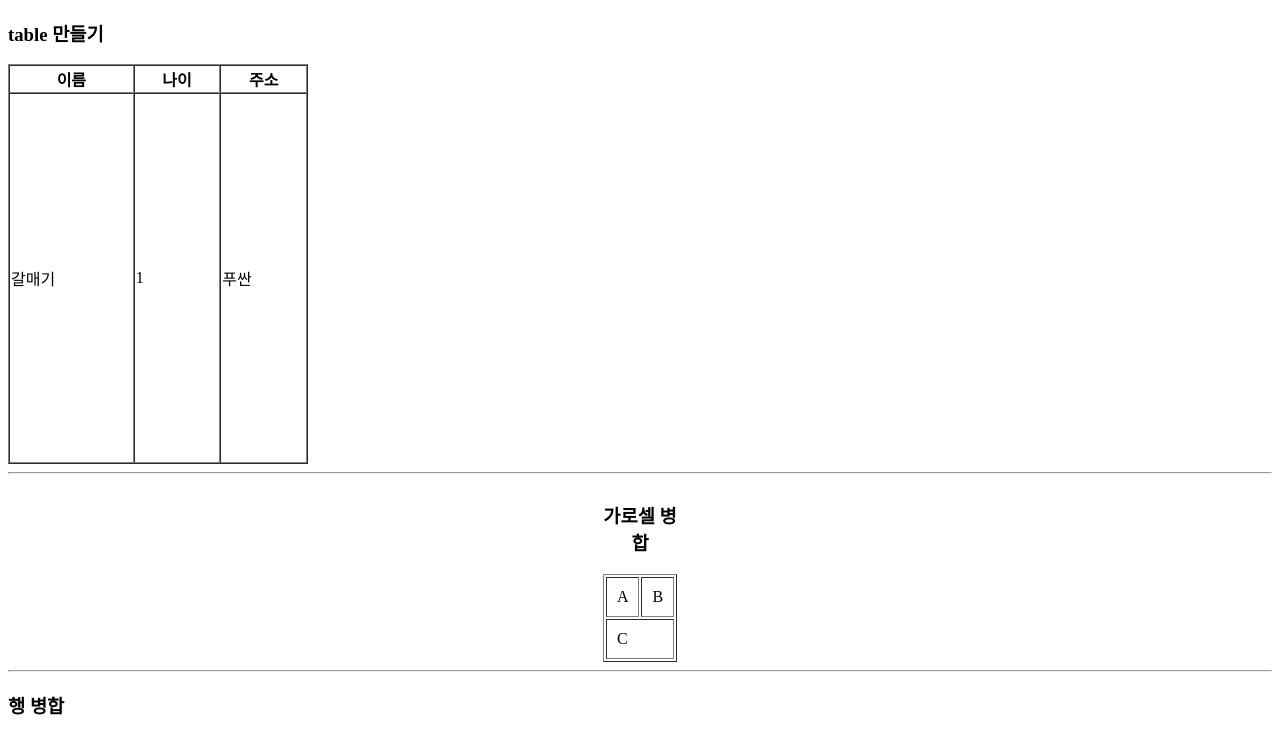
Repository: JeongHyeongKim/practice_myself
Page: Si_basic/WebProject/setp01_HTMLCS/WebContent/HTML/ex03_tableTag.html
An editor plug-in stored every save of this project. The page is shown before and after the next save, followed by the edit.
The browser window is 1280 px wide. The pictures show the whole page.

Above is the page before, as saved 2019-04-22 04:36:30.

### Si_basic/WebProject/setp01_HTMLCS/WebContent/HTML/ex03_tableTag.html
<!DOCTYPE html>
<html>
	<head>
		<meta charset="UTF-8">
		<title>Table Tag</title>
	</head>
	<body>
		<h3>table 만들기</h3>
		<table border="1" height="400" width="300" cellspacing="0">
			<thead>
				<tr>
					<th>이름</th>
					<th>나이</th>
					<th>주소</th>
				</tr>
			</thead>
			<tbody>
				<tr>
					<td>갈매기</td>
					<td>1</td>
					<td>푸싼</td>
				</tr>
			</tbody>
		</table>


		<hr>

		<table border="1" cellpadding="10" align="center">
			<caption><h3>가로셀 병합</h3></caption>
			<tbody>
				<tr>
					<td>A</td>
					<td>B</td>
				</tr>
				<tr>
					<td colspan="2">C</td>
					<!--<td>D</td>-->
				</tr>
			</tbody>
		</table>
		<hr>
		<h3>행 병합</h3>
	</body>
</html>

After the next save:
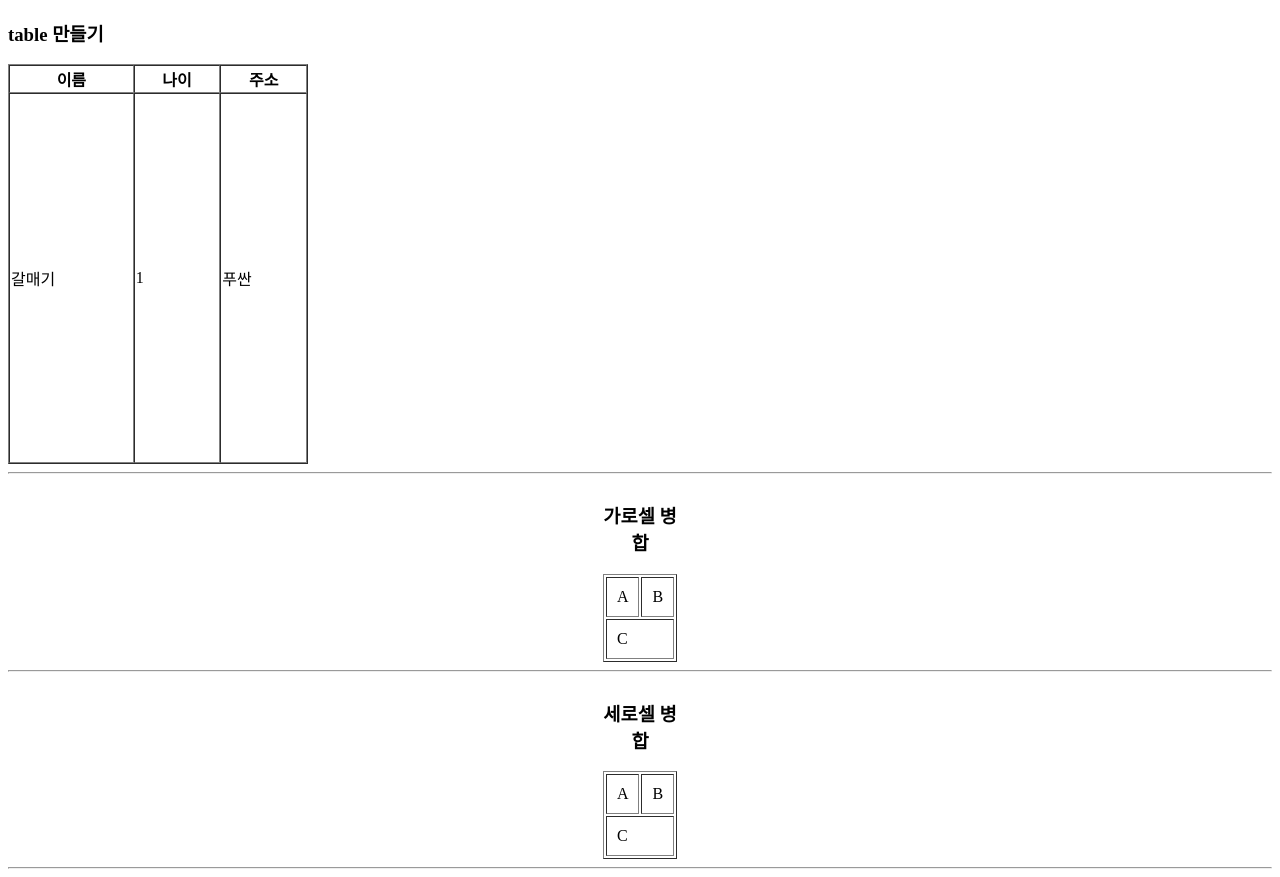
Saved 36 s later.
--- a/Si_basic/WebProject/setp01_HTMLCS/WebContent/HTML/ex03_tableTag.html
+++ b/Si_basic/WebProject/setp01_HTMLCS/WebContent/HTML/ex03_tableTag.html
@@ -40,6 +40,21 @@
 			</tbody>
 		</table>
 		<hr>
-		<h3>행 병합</h3>
+
+
+		<table border="1" cellpadding="10" align="center">
+			<caption><h3>세로셀 병합</h3></caption>
+			<tbody>
+				<tr>
+					<td>A</td>
+					<td>B</td>
+				</tr>
+				<tr>
+					<td colspan="2">C</td>
+					<!--<td>D</td>-->
+				</tr>
+			</tbody>
+		</table>
+		<hr>
 	</body>
 </html>
